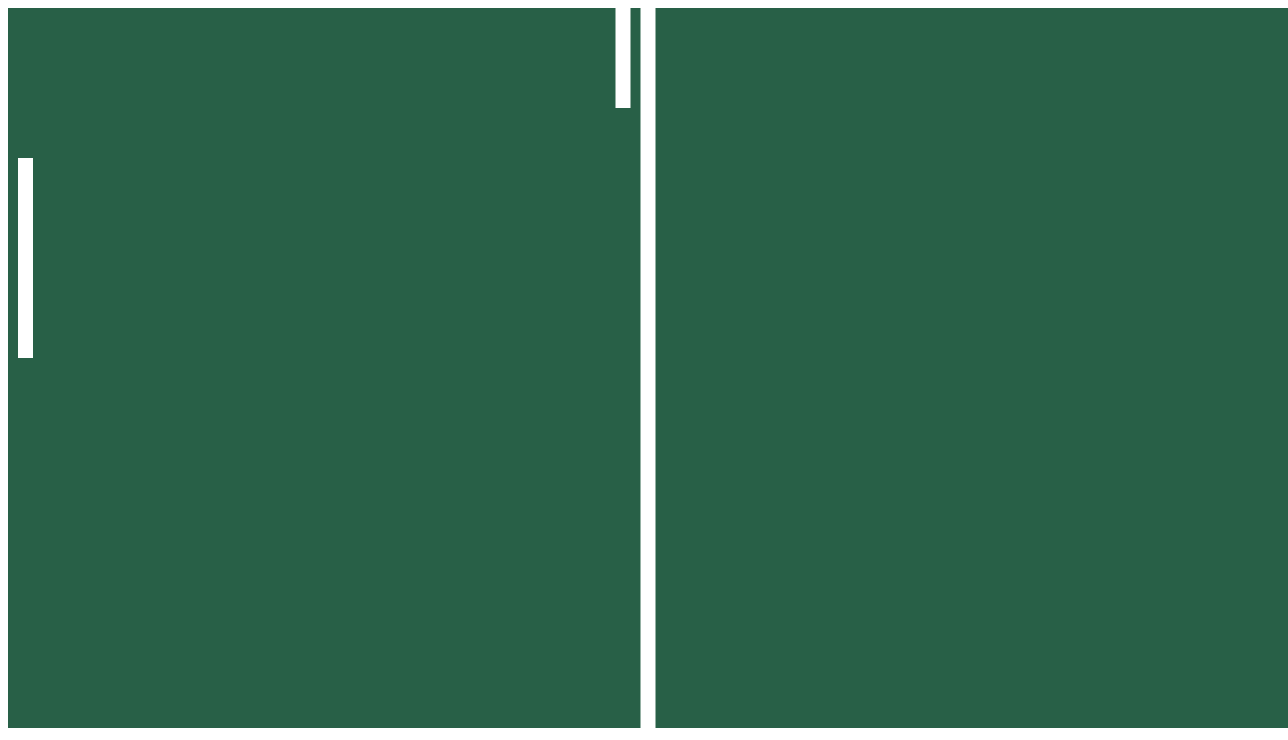
Repository: AkirahCarvalho/ping_pong
Page: index.html
The author's editor kept a copy of each file at every save. The page is drawn from the files as they stood at one save, then again after a run of saves.
The browser window is 1280 px wide. The page is 1288 px wide, so the pictures cover 1288 px, including what lies to the right of the window. The pictures show the whole page.

Above is the page before, as saved 2024-03-26 16:00:22.

### index.html
<!DOCTYPE html>
<html lang="en">
<head>
    <meta charset="UTF-8">
    <meta name="viewport" content="width=device-width, initial-scale=1.0">
    <title>PING PONG</title>

</head>
<body>
    <canvas>

    </canvas>
    <script>
        const canvasEl = document.querySelector("canvas"),
         canvasCtx = canvasEl.getContext("2d")

         const lineWidth=15

        function setup(){ //roda o elemento
            canvasEl.width = canvasCtx.width = window.innerWidth
            canvasEl.height = canvasCtx.height = window.innerHeight
        }

        function draw(){
            canvasCtx.fillStyle="#286047"
            canvasCtx.fillRect(0,0, window.innerWidth, window.innerHeight)

            canvasCtx.fillStyle="#ffffff"

            const x=window.innerWidth / 2 - lineWidth / 2
            const y=0
            const w=lineWidth
            const h=window.innerHeight

            canvasCtx.fillRect(x, y, w, h)
          //desenhando raquete esquerda
            canvasCtx.fillRect(10, 150, lineWidth, 200)
            //desenhando raquete direita
            canvasCtx.fillRect(x-lineWidth-10, y-100, lineWidth,200)
        }

        setup()
        draw()
    </script>
</body>
</html>

After the next 2 saves:
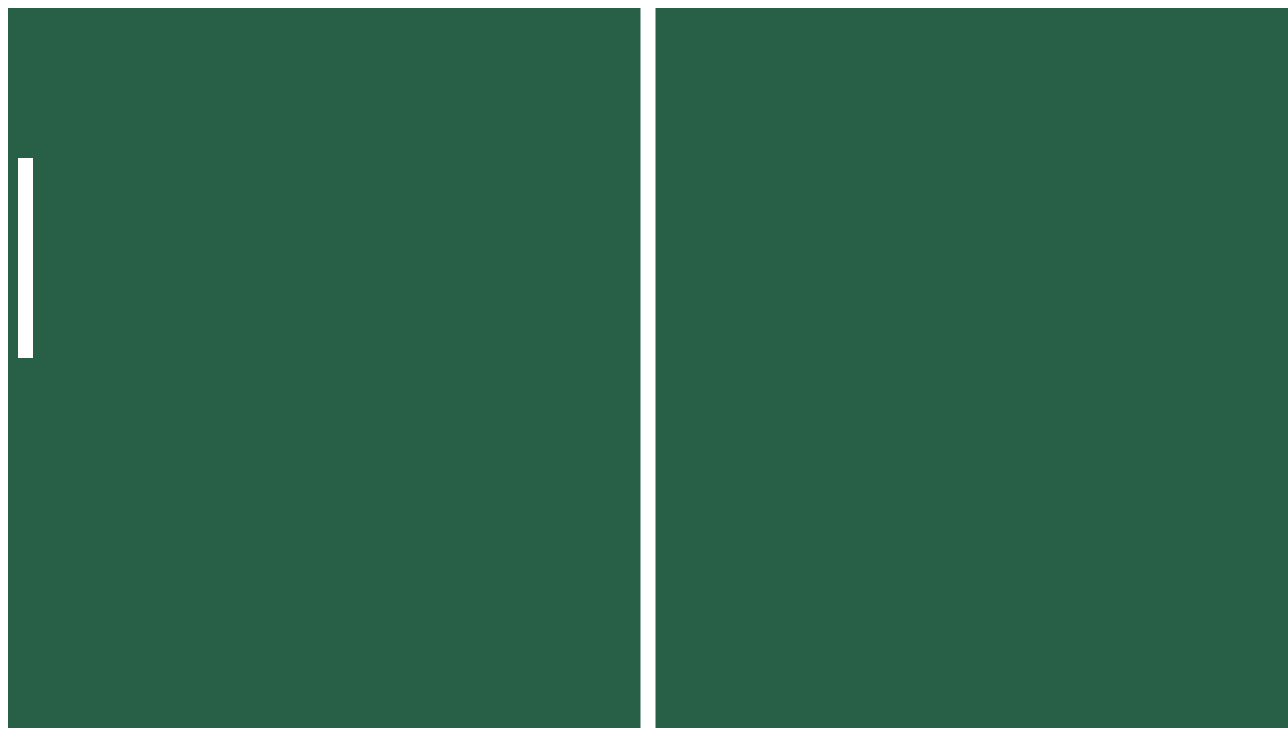
Console error: ReferenceError: canvas is not defined
The 2 saves are shown as one change because they came seconds apart.
The last was saved 44 s later.
--- a/index.html
+++ b/index.html
@@ -36,7 +36,7 @@
           //desenhando raquete esquerda
             canvasCtx.fillRect(10, 150, lineWidth, 200)
             //desenhando raquete direita
-            canvasCtx.fillRect(x-lineWidth-10, y-100, lineWidth,200)
+            canvasCtx.fillRect(x-canvas-10, y-100, lineWidth,200)
         }
 
         setup()
